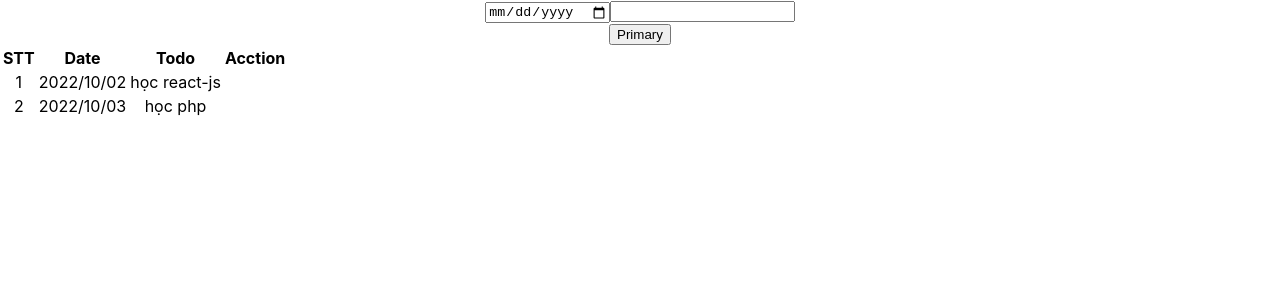
Repository: vanviet99/bietitmatit
Page: /
An editor plug-in stored every save of this project. The page is shown before and after a run of saves, followed by the edit.
The browser window is 1280 px wide. The pictures show the whole page.
The project was rebuilt for these pictures with package versions that can differ from the ones it lists, and the page was loaded fresh each time.

Above is the page before, as saved 2022-10-03 21:20:32.

### src/App.js

import React, { useState } from 'react';
import './App.css';
import data from './data';

function App() {
   const [list,setList] = useState(data)
  return (
    <div className="App">
     <React.Fragment>
     <div className="input-group mb-3">
     <input  type="date" className="form-control" aria-label="Sizing example input" aria-describedby="inputGroup-sizing-default"></input>
      <input  type="text" className="form-control" aria-label="Sizing example input" aria-describedby="inputGroup-sizing-default"></input>
    </div>
    <button type="button" className="btn btn-primary">Primary</button>
    <div>
    <table className="table">
  <thead>
    <tr>
      <th scope="col">STT</th>
      <th scope="col">Date</th>
      <th scope="col">Todo</th>
      <th scope="col">Acction</th>
    </tr>
  </thead>
  <tbody>
  {list.map(function(value,index){
        return (
          <tr key={index}>
            <td>{index+1}</td>
            <td>{value.date}</td>
            <td>{value.do}</td>
            <td></td>
          </tr>
        )
      })}
  </tbody>
</table>
    </div>
     </React.Fragment>
    </div>
  );
}

export default App;

### src/data.js
 let list = [
    {
        date: '2022/10/02', do: 'học react-js'
    },
    {
        date: '2022/10/03', do: 'học php'
    }
 ]

 export default list;

Loaded but not shown: src/index.js (common file); src/index.css (common file); src/reportWebVitals.js (common file); src/App.css (common file)

After the next 2 saves:
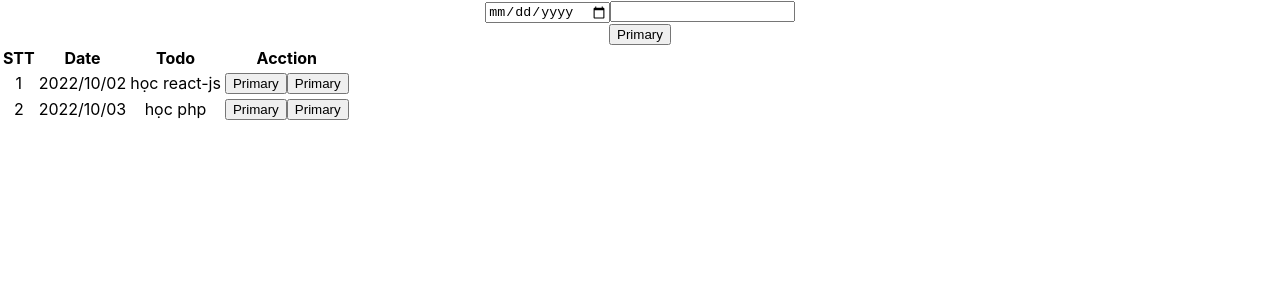
The 2 saves are shown as one change because they came seconds apart.
The last was saved 9 s later.
--- a/src/App.js
+++ b/src/App.js
@@ -30,7 +30,10 @@ function App() {
             <td>{index+1}</td>
             <td>{value.date}</td>
             <td>{value.do}</td>
-            <td></td>
+            <td>
+            <button type="button" className="btn btn-primary">Primary</button>
+            <button type="button" className="btn btn-primary">Primary</button>
+            </td>
           </tr>
         )
       })}
